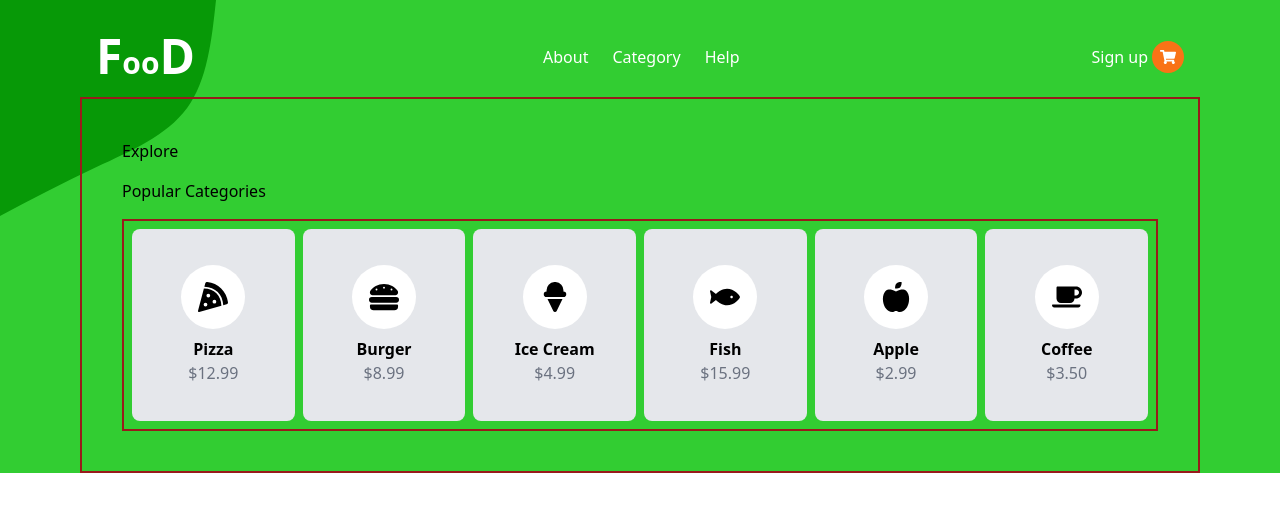
Repository: KhushiCode14/FoodWeb
Page: /category (app in frontend/)
These files come from the project's save history. The page is drawn as it stood at one moment and after the next save; the edit follows.
The browser window is 1280 px wide. The pictures show the whole page.
The project was rebuilt for these pictures with package versions that can differ from the ones it lists, and the page was loaded fresh each time. Also part of the build but not shown: frontend/src/Pages/Home.tsx, frontend/src/components/Home/SignUp.tsx, frontend/src/components/Home/SignIn.tsx, frontend/src/components/Home/Cart.tsx.

Above is the page before, as saved 2024-09-24 12:20:28.

### frontend/src/index.css
@tailwind base;
@tailwind components;
@tailwind utilities;

.bgBack{
  background-image: url(../src/components/images/background.svg);
}
.bgSignUp{
  background-image:url(../src/components/images/signUpBg.jpeg);
}
.SignUpShadow{
  box-shadow: rgba(0, 0, 0, 0.24) 0px 3px 8px;
}

### frontend/src/App.tsx
import { Route, BrowserRouter as Router, Routes, } from 'react-router-dom';
import './App.css';
import Navbar from './Pages/Navbar';
import Home from './Pages/Home';
import SignUp from './components/Home/SignUp';
import SignIn from './components/Home/SignIn';
import Cart from './components/Home/Cart';
import Category from './components/categories/Category';

function App() {
  return (
    <div className="App bgBack m-0 px-20 pt-2 max-sm:px-3 max-sm:pt-1">
      <Router>
        <Navbar />
        <Routes>
          <Route path="/" element={<Home />} />
          <Route path="/signUp" element={<SignUp />} />
          {/* Sign Up: This action is for new users who want to create an account. */}
          <Route path="/signIn" element={<SignIn />} />
          {/* Sign In: This action is for users who already have an account */}
          <Route path="/cart" element={<Cart />} />
         <Route  path="/category" element={<Category/>} />
          {/*<Route  path="/contact" element={Contact} /> */}
        </Routes>

      </Router>

    </div>
  );
}

export default App;

### frontend/src/Pages/Navbar.tsx
import { NavLink, Link } from "react-router-dom";
import { FaShoppingCart, FaCartPlus } from "react-icons/fa";
import { useState } from "react";
import { IoReorderThreeOutline } from "react-icons/io5";

interface Nav {
  to: string;
  linkName: string;
}

const Navbar: React.FC = () => {
  const [sign, setSign] = useState<string>('Sign up');
  const [menu, setMenu] = useState<boolean>(false);
  const [cart, setCart] = useState<JSX.Element>(<FaShoppingCart />);

  const navLinks: Nav[] = [
    { to: "/about", linkName: "About" },
    { to: "/category", linkName: "Category" },
    { to: "/help", linkName: "Help" },
  ];

  const handleSignToggle = () => {
    setSign((prev) => (prev === 'Sign up' ? 'Sign in' : 'Sign up'));
  };

  const handleCartToggle = () => {
    setCart((prevCart) =>
      prevCart.type === FaShoppingCart ? <FaCartPlus /> : <FaShoppingCart />
    );
  };

  return (
    <div className="mt-2 flex justify-between items-center text-white  p-4">
      <div className="font-bold text-3xl">
        <Link to="/">
          <span className="text-5xl">F</span>oo<span className="text-5xl">D</span>
        </Link>
      </div>

      {/* Desktop Menu */}
      <div className="hidden md:flex">
        {navLinks.map((link, index) => (
          <Link key={index} to={link.to} className="mx-3 hover:text-gray-400">
            {link.linkName}
          </Link>
        ))}
      </div>

      {/* Mobile Menu Button */}
      <div className="flex items-center relative">
        <button className="hidden md:block">
          <NavLink to="/signUp" onClick={handleSignToggle} className="m-1">
            {sign}
          </NavLink>
        </button>

        <div onClick={handleCartToggle} className="bg-orange-500 p-2 rounded-full cursor-pointer">
         <Link to="/cart"> {cart}</Link>
        </div>

        <div className="md:hidden flex items-center ml-3">
          <IoReorderThreeOutline onClick={() => setMenu(!menu)} className="text-2xl cursor-pointer" />
        </div>
      </div>

      {/* Mobile Dropdown Menu */}
      {menu && (
        <div className="md:hidden mt-2 absolute right-0 w-40 bg-orange-500  p-2 rounded-lg z-10 top-20">
          <ul className="flex flex-col">
            {navLinks.map((link, index) => (
              <li key={index} className="my-1">
                <Link to={link.to} className="block px-4 py-2 text-white text-1xl  hover:bg-orange-800 rounded">
                  {link.linkName}
                </Link>
              </li>
            ))}
          </ul>
        </div>
      )}
    </div>
  );
};

export default Navbar;

### frontend/src/components/categories/Category.tsx
import React from 'react'
import Card from './Card'

const Category = () => {
  return (
    <div className='flex flex-col p-10 border-red-800 border-2 gap-4 justify-between'>
      <div className='flex-1'><button>Explore</button></div>
      <div className='flex-1' ><h1>Popular Categories</h1></div>
      {/* cards */}
      <div className='flex-1'>
       <Card/>
      </div>
    </div>
  )
}

export default Category

### frontend/src/components/categories/Card.tsx
import React from 'react'
import { FaPizzaSlice, FaHamburger, FaIceCream,  FaCoffee, FaAppleAlt, FaFish } from 'react-icons/fa';
interface FoodItem {
  id: number;
  name: string;
  price: number;
  icon: JSX.Element;
}
const foodItems: FoodItem[] = [
  {
    id: 1,
    name: 'Pizza',
    price: 12.99,
    icon: <FaPizzaSlice />,
  },
  {
    id: 2,
    name: 'Burger',
    price: 8.99,
    icon: <FaHamburger />,
  },
  {
    id: 3,
    name: 'Ice Cream',
    price: 4.99,
    icon: <FaIceCream />,
  }
  ,
  {
    id: 4,
    name: 'Fish',
    price: 15.99,
    icon: <FaFish />,
  },
  {
    id: 5,
    name: 'Apple',
    price: 2.99,
    icon: <FaAppleAlt />,
  },
  {
    id: 6,
    name: 'Coffee',
    price: 3.50,
    icon: <FaCoffee />,
  },
  // {
  //   id: 7,
  //   name: 'Hot Dog',
  //   price: 5.49,
  //   icon: <FaHotdog />,
  // },
  // {
  //   id: 8,
  //   name: 'Chicken Drumstick',
  //   price: 9.99,
  //   icon: <FaDrumstickBite />,
  // },
];

const Card: React.FC = () => {

  return (
    <div className="p-2 border-red-800   border-2 flex gap-2 ">
      {foodItems.map((item) => (
      <div
      key={item.id}
      className="bg-gray-200 p-3 flex flex-col items-center justify-center w-[164px] h-48 rounded-lg"
    >
      <div className="icon rounded-full bg-white p-2 flex items-center justify-center w-16 h-16 text-3xl">
        {item.icon}
      </div>
      <h3 className="mt-2 text-center font-bold">{item.name}</h3>
      <p className="text-center text-gray-500">${item.price.toFixed(2)}</p>
    </div>

      ))}
    </div>
  )
}

export default Card

### frontend/tailwind.config.js
/** @type {import('tailwindcss').Config} */
module.exports = {
  content: [
    "./src/**/*.{js,jsx,ts,tsx}",
  ],
  theme: {
    extend: {
      fontFamily: {
        'cursive': ['Pacifico', 'cursive']
      }
    },
  },
  plugins: [],
}

Loaded but not shown: frontend/public/index.html (common file); frontend/src/index.tsx (common file); frontend/src/reportWebVitals.ts (common file); frontend/src/App.css (no stored copy; drawn as an empty file)

After the next save:
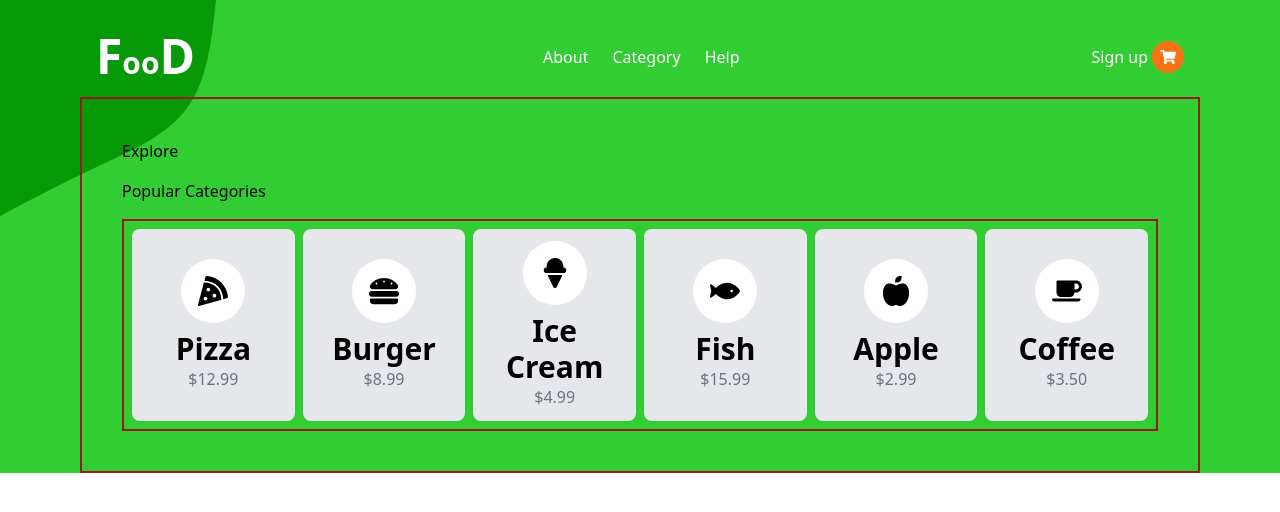
Saved 16 s later.
--- a/frontend/src/components/categories/Card.tsx
+++ b/frontend/src/components/categories/Card.tsx
@@ -70,7 +70,7 @@ const Card: React.FC = () => {
       <div className="icon rounded-full bg-white p-2 flex items-center justify-center w-16 h-16 text-3xl">
         {item.icon}
       </div>
-      <h3 className="mt-2 text-center font-bold">{item.name}</h3>
+      <h3 className="mt-2 text-center font-bold text-3xl">{item.name}</h3>
       <p className="text-center text-gray-500">${item.price.toFixed(2)}</p>
     </div>
 
